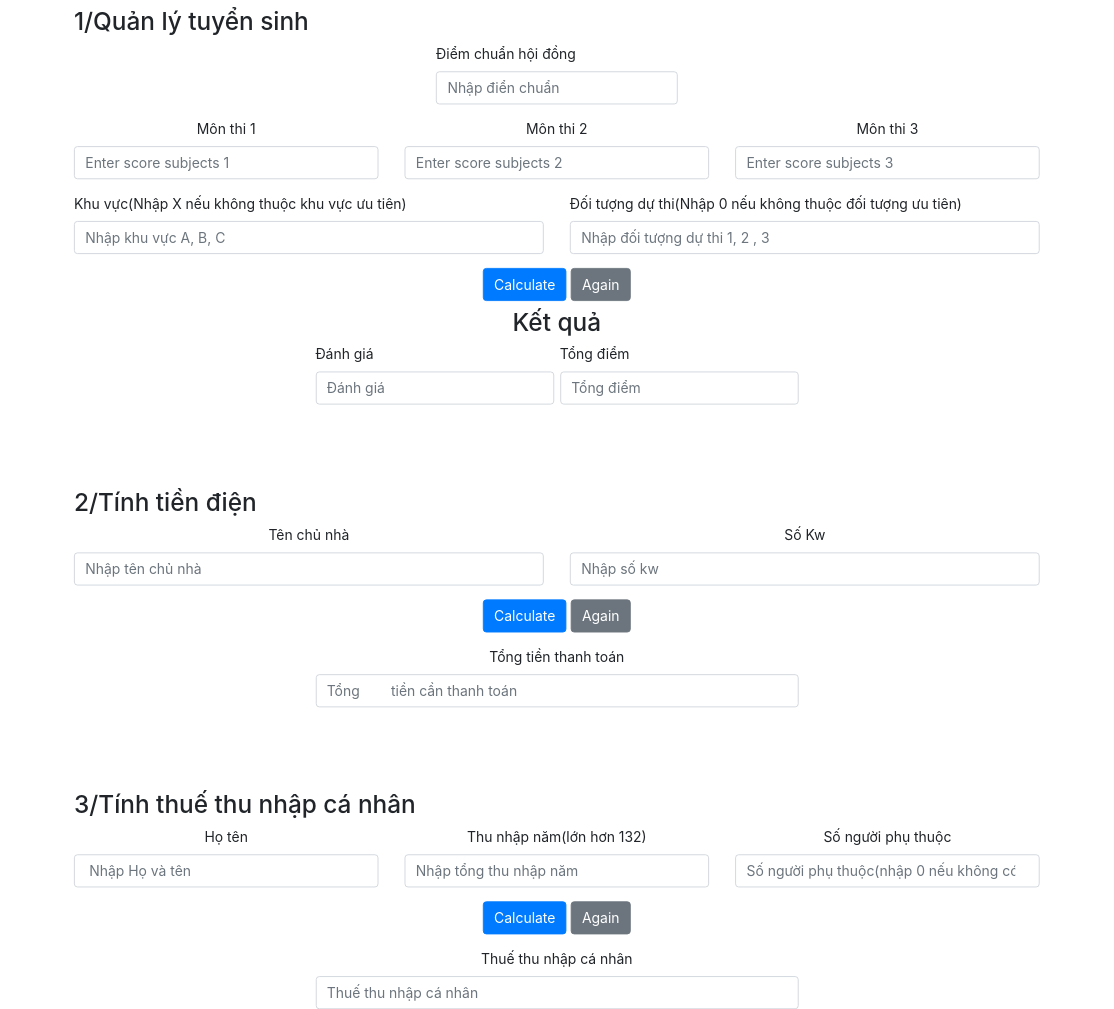
Repository: baobaodeveloper/bootcamp21__jsbasic4_HuynhAnhBao
Page: index.html
The author's editor kept a copy of each file at every save. The page is drawn from the files as they stood at one save, then again after the next save.
The browser window is 1280 px wide. The pictures show the whole page, at 87% of full size.

Above is the page before, as saved 2022-03-13 22:57:32.

### index.html
<!DOCTYPE html>
<html lang="en">
  <head>
    <title>Exercise3</title>
    <!-- Required meta tags -->
    <meta charset="utf-8" />
    <meta
      name="viewport"
      content="width=device-width, initial-scale=1, shrink-to-fit=no"
    />

    <!-- Bootstrap CSS -->
    <link
      rel="stylesheet"
      href="https://stackpath.bootstrapcdn.com/bootstrap/4.3.1/css/bootstrap.min.css"
      integrity="sha384-ggOyR0iXCbMQv3Xipma34MD+dH/1fQ784/j6cY/iJTQUOhcWr7x9JvoRxT2MZw1T"
      crossorigin="anonymous"
    />
  </head>
  <body>
    <!-- 1/Quản lý tuyển sinh -->
    <div class="container mt-2">
      <h3>1/Quản lý tuyển sinh</h3>

      <div class="mb-3 w-25 m-auto">
        <label>Điểm chuẩn hội đồng</label>
        <input
          type="number"
          class="form-control"
          id="score"
          placeholder="Nhập điển chuẩn"
        />
      </div>

      <div class="row mt-3 text-center">
        <div class="col">
          <label>Môn thi 1</label>
          <input
            type="number"
            class="form-control"
            id="score1"
            placeholder="Enter score subjects 1"
          />
        </div>
        <div class="col">
          <label>Môn thi 2</label>
          <input
            type="number"
            class="form-control"
            id="score2"
            placeholder="Enter score subjects 2"
          />
        </div>
        <div class="col">
          <label>Môn thi 3</label>
          <input
            type="number"
            class="form-control"
            id="score3"
            placeholder="Enter score subjects 3"
          />
        </div>
      </div>

      <div class="row mt-3">
        <div class="col">
          <label>Khu vực(Nhập X nếu không thuộc khu vực ưu tiên)</label>
          <input
            type="text"
            class="form-control"
            placeholder="Nhập khu vực A, B, C"
            id="area"
          />
        </div>
        <div class="col">
          <label
            >Đối tượng dự thi(Nhập 0 nếu không thuộc đối tượng ưu tiên)</label
          >
          <input
            type="number"
            class="form-control"
            placeholder="Nhập đối tượng dự thi 1, 2 , 3"
            id="object"
          />
        </div>
      </div>

      <div class="text-center mt-3">
        <button type="button" class="btn btn-primary" id="scoreBtn">
          Calculate
        </button>
        <button type="button" class="btn btn-secondary" id="score-btn-again">
          Again
        </button>
      </div>

      <h3 class="text-center mt-2">Kết quả</h3>

      <div class="mb-3 w-50 d-flex m-auto justify-content-between">
        <div>
          <label>Đánh giá</label>
          <input
            type="email"
            class="form-control"
            placeholder="Đánh giá"
            id="evaluate"
          />
        </div>

        <div>
          <label>Tổng điểm</label>
          <input
            type="email"
            class="form-control"
            placeholder="Tổng điểm"
            id="total-score"
          />
        </div>
      </div>
    </div>

    <!-- 2/Tính tiền điện -->
    <div class="container mt-lg-5 pt-5">
      <h3>2/Tính tiền điện</h3>
      <div class="row text-center">
        <div class="col">
          <label class="form-label">Tên chủ nhà</label>
          <input
            type="text"
            class="form-control"
            id="host"
            placeholder="Nhập tên chủ nhà"
          />
        </div>
        <div class="col">
          <label class="form-label">Số Kw</label>
          <input
            type="number"
            id="number-kw"
            class="form-control"
            placeholder="Nhập số kw"
          />
        </div>
      </div>

      <div class="text-center mt-3">
        <button type="button" class="btn btn-primary" id="electricBill">
          Calculate
        </button>
        <button type="button" class="btn btn-secondary" id="electricbill-again">
          Again
        </button>
      </div>

      <div class="w-50 m-auto pt-3 text-center">
        <label class="form-label">Tổng tiền thanh toán</label>
        <input
          type="text"
          class="form-control"
          id="total-pay"
          placeholder="Tổng
        tiền cần thanh toán"
        />
      </div>
    </div>

    <!-- 3/Tính thuế thu nhập cá nhân -->
    <div class="container mt-lg-5 pt-5">
      <h3>3/Tính thuế thu nhập cá nhân</h3>
      <div class="row text-center">
        <div class="col">
          <label class="form-label">Họ tên</label>
          <input
            type="text"
            class="form-control"
            id="name"
            placeholder=" Nhập Họ và tên"
          />
        </div>
        <div class="col">
          <label class="form-label">Thu nhập năm(lớn hơn 132)</label>
          <input
            type="number"
            id="gross-pay"
            class="form-control"
            placeholder="Nhập tổng thu nhập năm"
          />
        </div>
        <div class="col">
          <label class="form-label">Số người phụ thuộc</label>
          <input
            type="number"
            id="number-people"
            class="form-control"
            placeholder="Số người phụ thuộc(nhập 0 nếu không có)"
          />
        </div>
      </div>

      <div class="text-center mt-3">
        <button type="button" class="btn btn-primary" id="personal-income-tax">
          Calculate
        </button>
        <button
          type="button"
          class="btn btn-secondary"
          id="personal-income-tax-again"
        >
          Again
        </button>
      </div>

      <div class="w-50 m-auto pt-3 text-center">
        <label class="form-label">Thuế thu nhập cá nhân</label>
        <input
          type="text"
          class="form-control"
          id="assessable-income"
          placeholder="Thuế thu nhập cá nhân"
        />
      </div>
    </div>

    <!-- 4/ Viết chương trình tính hóa đơn khách hàng cho một công ty cáp. Có 2 loại khách hàng:
    Nhà dân và doanh nghiệp. Có 2 mức giá tính tiền cáp-->
    <div class="container"></div>
    <!-- Optional JavaScript -->
    <!-- jQuery first, then Popper.js, then Bootstrap JS -->
    <script
      src="https://code.jquery.com/jquery-3.3.1.slim.min.js"
      integrity="sha384-q8i/X+965DzO0rT7abK41JStQIAqVgRVzpbzo5smXKp4YfRvH+8abtTE1Pi6jizo"
      crossorigin="anonymous"
    ></script>
    <script
      src="https://cdnjs.cloudflare.com/ajax/libs/popper.js/1.14.7/umd/popper.min.js"
      integrity="sha384-UO2eT0CpHqdSJQ6hJty5KVphtPhzWj9WO1clHTMGa3JDZwrnQq4sF86dIHNDz0W1"
      crossorigin="anonymous"
    ></script>
    <script
      src="https://stackpath.bootstrapcdn.com/bootstrap/4.3.1/js/bootstrap.min.js"
      integrity="sha384-JjSmVgyd0p3pXB1rRibZUAYoIIy6OrQ6VrjIEaFf/nJGzIxFDsf4x0xIM+B07jRM"
      crossorigin="anonymous"
    ></script>

    <!-- <script src="exercise1.js"></script> -->
    <!-- <script src="exercise2.js"></script> -->
    <!-- <script src="exercise3.js"></script> -->
    <script src="exercise4.js"></script>
  </body>
</html>

Loaded but not shown: exercise4.js (no stored copy; drawn as an empty file)

After the next save:
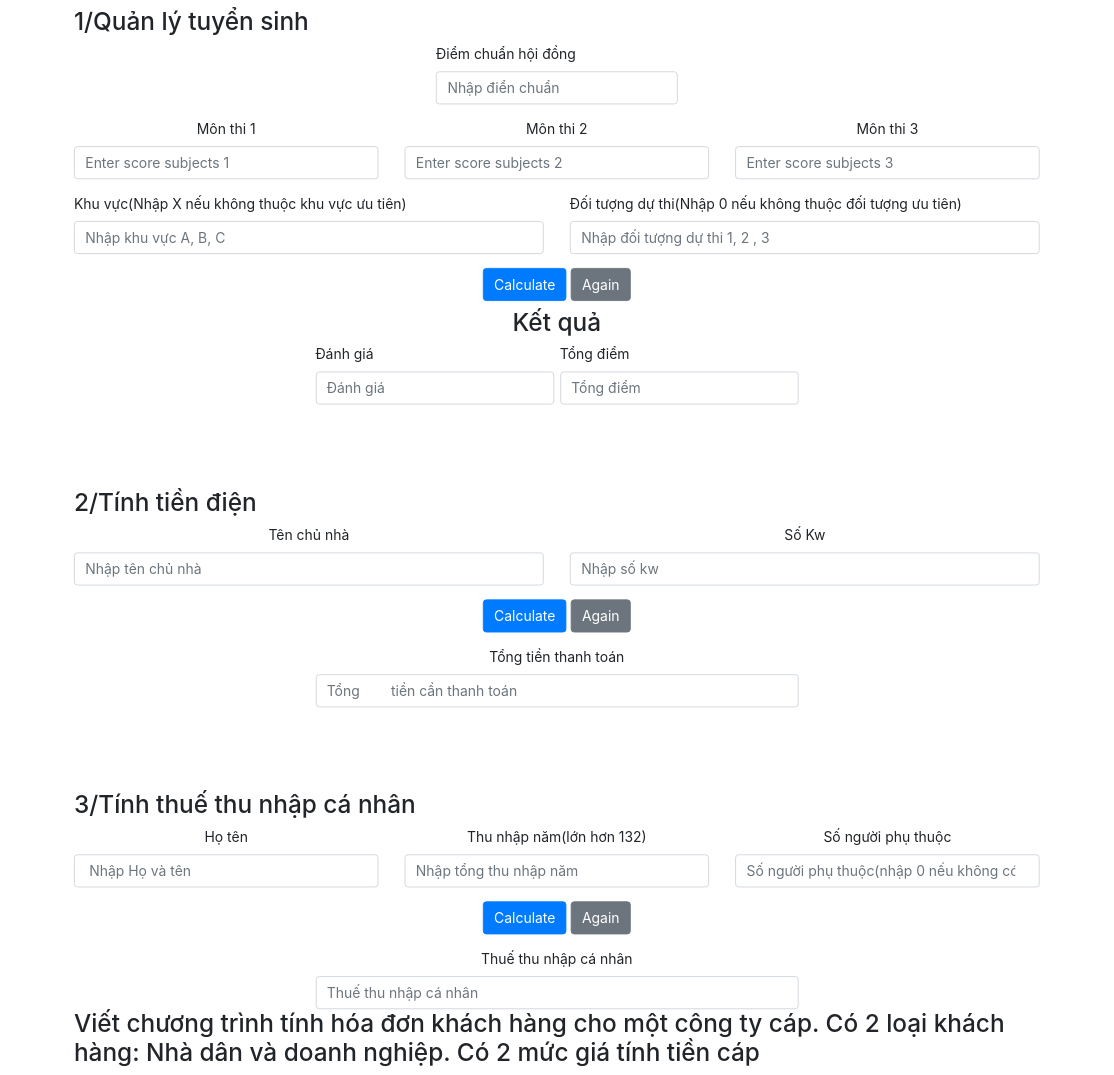
Saved 5 min 20 s later.
--- a/index.html
+++ b/index.html
@@ -223,7 +223,12 @@
 
     <!-- 4/ Viết chương trình tính hóa đơn khách hàng cho một công ty cáp. Có 2 loại khách hàng:
     Nhà dân và doanh nghiệp. Có 2 mức giá tính tiền cáp-->
-    <div class="container"></div>
+    <div class="container">
+      <h3>
+        Viết chương trình tính hóa đơn khách hàng cho một công ty cáp. Có 2 loại
+        khách hàng: Nhà dân và doanh nghiệp. Có 2 mức giá tính tiền cáp
+      </h3>
+    </div>
     <!-- Optional JavaScript -->
     <!-- jQuery first, then Popper.js, then Bootstrap JS -->
     <script
